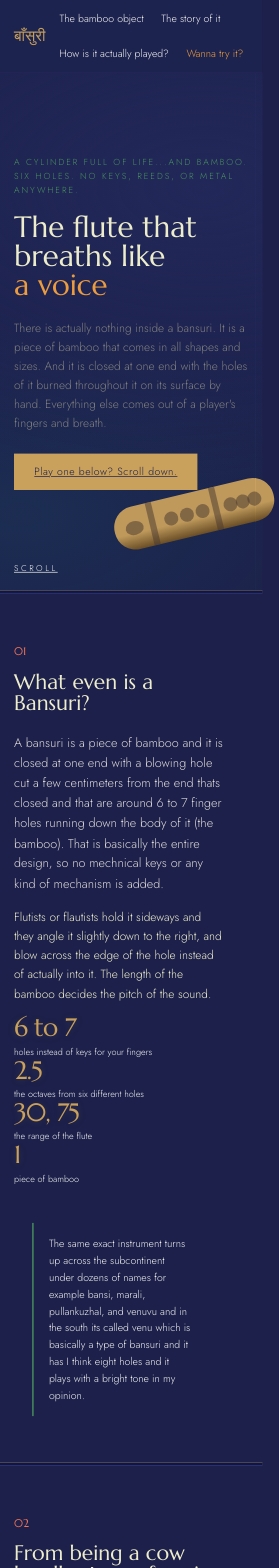
Repository: manayparikh1/Bansi
Page: index.html
An editor plug-in stored every save of this project. The page is shown before and after the next save, followed by the edit.
The browser window is 375 px wide. The page is 398 px wide, then 375 px, so the pictures cover 398 px, including what lies to the right of the window. The pictures show the part of the page from y = 0 to 2240 px (the page is 5911 px tall before and 5501 px after), at 70% of full size.

Above is the page before, as saved 2026-09-22 14:31:45.

### index.html
<!DOCTYPE html>
<html lang="en">

<head>
    <meta charset="utf-8">
    <meta name="viewport" content="width=device-width, initial-scale=2.0">
    <title>Bansuri ——— the flute with NO keys</title>
    <link rel="preconnect" href="https://fonts.googleapis.com">
    <link rel="preconnect" href="https://fonts.gstatic.com" crossorigin>
    <link href="https://fonts.googleapis.com/css2?family=Marcellus&family=Jost:wght@300;400;500&display=swap"
        rel="stylesheet">
    <link rel="stylesheet" href="style.css">
</head>

<body>
    <div class="stars"></div>
    <nav class="bar">
        <span class="mark">बाँसुरी</span>
        <div class="links">
            <a href="#what">The bamboo object</a>
            <a href="#story">The story of it</a>
            <a href="#play">How is it actually played?</a>
            <a href="#studio" class="hot">Wanna try it?</a>
        </div>
    </nav>
    <!-- ===Hero=== -->
    <header class="hero" id="top">
        <div class="hero-inner">
            <p class="eyebrow">A cylinder full of life...and bamboo. Six holes. No keys, reeds, or metal anywhere.</p>
            <h1>The flute that<br>breaths like<br><em>a voice</em></h1>
            <p class="stand">
                There is actually nothing inside a bansuri. It is a piece of bamboo that comes in all shapes and sizes.
                And it is closed at one end with the holes of it burned throughout it on its surface by hand. Everything
                else comes out of a player's fingers and breath.
            </p>
            <a class="cta" href="#studio">Play one below? Scroll down.</a>
        </div>

        <div class="hero-flute">
            <div class="tube big">
                <span class="node n1"></span>
                <span class="node n2"></span>
                <span class="blow"></span>
                <span class="hole h0"></span>
                <span class="hole h1"></span>
                <span class="hole h2"></span>
                <span class="hole h3"></span>
                <span class="hole h4"></span>
                <span class="hole h5"></span>
            </div>
        </div>
        <a class="scroll-hint" href="#what">scroll</a>
    </header>

    <!-- ==1. the object-->
    <section class="band" id="what">
        <div class="wrap two-col">
            <div class="col-head">
                <p class="num">01</p>
                <h2>What even is a Bansuri?</h2>
            </div>
            <div class="col-body">
                <p class="lead">
                    A bansuri is a piece of bamboo and it is closed at one end with a blowing hole cut a few centimeters
                    from the end thats closed and that are around 6 to 7 finger holes running down the body of it (the
                    bamboo). That is basically the entire design, so no mechnical keys or any kind of mechanism is
                    added.
                </p>
                <p>
                    Flutists or flautists hold it sideways and they angle it slightly down to the right, and blow across
                    the edge of the hole instead of actually into it. The length of the bamboo decides the pitch of the
                    sound.
                </p>
                <div class="fact">
                    <b>6 to 7</b>
                    <span>holes instead of keys for your fingers</span>
                </div>
                <div class="fact"><b>2.5</b><span>the octaves from six different holes</span></div>
                <div class="fact"><b>30, 75</b><span>the range of the flute</span></div>
                <div class="fact"><b>1</b><span>piece of bamboo</span></div>
            </div>

            <p class="aside-note">
                The same exact instrument turns up across the subcontinent under dozens of names for example bansi,
                marali,
                pullankuzhal, and venuvu and in the south its called venu which is basically a type of bansuri and it
                has I
                think eight holes and it plays with a bright tone in my opinion.
            </p>
        </div>
        </div>
    </section>
    <!-- == 2.story -->
    <section class="band tint" id="story">
        <div class="wrap two-col">
            <div class="col-head">
                <p class="num">02</p>
                <h2>From being a cow herdler to performing in a concert hall.</h2>
            </div>
            <div class="col-body">
                <p class="hello">
                    The bamboo flute (bansuri) is so old that nobody can actuall date it. And it is carved into various
                    religious temple walls like Buddhist, Hindu, and Jain. It is super important for Krishna, who is a
                    Hindu god that is depicted for playing the most beautiful flute scales EVER.
                </p>
                <p>
                    Honestly for most of the history it pretty much stayed as a folk instrument. It was small and played
                    in villages and it did not appear on atleast one Hindustani conert stage at all and that all changed
                    one <strong>lifetime</strong>.
                </p>

                <div class="people">
                    <div class="person">
                        <p class="years">1911-1960</p>
                        <h3>Pannalal Ghosh</h3>
                        <p>
                            He was born in Barisal and he rebuilt the instrument to make it fit for classical music. And
                            it was much more longer than any other flute that time, around 32 inches I believe. It
                            dropped the pitch and gave it the sustain effect a raga needs. He popularized the seventh
                            hole and studied under someone named Allauddin Khan. Before him the bansuri was not even a
                            concert instrument, it was used only for village songs. But he made such a big change that
                            after him it was.
                        </p>
                    </div>
                    <div class="person">
                        <p class="years">Born on 1938</p>
                        <h3>Hariprasad Chaurasia</h3>
                        <p>
                            He is still alive today and one of my favourite flute players in the world. He carried it
                            out of India. Fifty years of recordings across most of the major ragas. He taught gurukul in
                            Vrindavan, and collabed with Western musicians and he gave the bansuri a profile thats
                            comparable with the sitar.
                        </p>
                    </div>
                </div>
                <p class="tabla">
                    In a performance the bansuri is usually joined by another Indian instrument called the Tabla, which
                    many of you have heard. It is used for rhythm and a tanpura droning underneath, holding the tonic of
                    the bansuri so the never loses its pitch. You can switch that drone on in the studio below.
                    <strong>Try it</strong>.
                </p>
            </div>
        </div>
    </section>
    <!--==3. how is it ac played-->
    <section class="band" id="play" <div class="wrap two-col">

        <div class="col-head" <p class="num">003</p>
            <h2>Why having no keys is basically the whole point!</h2>
            <div>
                <div class="col-body">
                    <p class="lead">
                        A western flute gives you a key per every note. Press it and you get the note and the pitch
                        between two keys does not exist (some of you may not understand what I am saying here but thats
                        fine). The bansuri has nothing buton open holes and the pads of your fingers, which sounds super
                        good for bansuri because you can add sounds that are not even possible on the western flute by
                        sliding and gliding your fingers. (I'll show you a audio recording of me playing in the very
                        bottom).
                    </p>
                    <p>
                        Because a finger can cover a hole halfway, or a third of the way, or roll slowly off it, the
                        player has every pitch between the notes. That is how the flats and sharps of different ragas
                        are found on an instrument with holes that are fixed and it is how a bansuri slides from one
                        note into the next into a single breath.
                    </p>
                    <p>
                        The seven swaras are <b>Sa Re Ga Ma Pa Dha Ni</b>, and Sa is not a fixed frequency surprisingly.
                        It is wherever the flute of the player sits.
                    </p>
                    <div class="rowforswaras">
                        <span>सा<i>Sa</i></span><span>रे<i>Re</i></span><span>ग<i>Ga</i></span>
                        <span>म<i>Ma</i></span><span>प<i>Pa</i></span><span>ध<i>Dha</i></span>
                        <span>नि<i>Ni</i></span>
                    </div>
                </div>
            </div>
    </section>
    <!-- ===4.Studio=== -->
    <section class="thestudio" id="thestudio">
        <div class="wrap">
            <header class="studio-head">
                <p class="gold">The studio</p>
                <h2>Play it <strong>without</strong> blowing</h2>
                <p class="studiosub">
                    Press the swara pads or use the row of your keyboard
                    <kbd>A</kbd><kbd>S</kbd><kbd>D</kbd><kbd>F</kbd><kbd>G</kbd><kbd>H</kbd><kbd>J</kbd><kbd>K</kbd>.
                    Hold a note to keep it sustained and the flute above will show you which holes a real player would
                    be covering (as an example).
                </p>
            </header>
            <!-- the main primary instrument with the actually tube creation-->
            <div class="instrument" id="theflute">
                <div class="tube">
                    <span class="node n1"></span>
                    <span class="node n2"></span>
                    <span class="node n3"></span>
                    <span class="blow"></span>
                    <span class="hole h0" id="h0"></span>
                    <span class="hole h1" id="h1"></span>
                    <span class="hole h2" id="h2"></span>
                    <span class="hole h3" id="h3"></span>
                    <span class="hole h4" id="h4"></span>
                    <span class="hole h5" id="h5"></span>
                    <!-- only these much holes are enough because its good for beginners. -->
                </div>
                <p class="breath" id="breath">resting</p>
            </div>
            <!-- Controls -->
            <div class="thedesk">
                <div class="set">
                    <p class="set-label">Raga Colour</p>
                    <div class="thechips" id="thaats">
                        <button type="button" class="chip on" data-thaat="bilwal">Bilwal<i>all natural</i></button>
                        <button type="button" class="chip" data-thaat="yaman">Yaman<i>Ma is sharp</i></button>
                        <button type="button" class="chip" data-thaat="bhairav">Bhairav<i>Re and Dha is flat</i>
                        </button>
                        <button type="button" class="chip" data-thaat="kafi">Kafi<i>Ga and Ni is flat</i></button>
                    </div>
                </div>
                <div class="set">
                    <!-- testing straight from my flute -->
                </div>
                <p class="set-label">Length of the bamboo</p>
                <div class="thechips" id="sizes">
                    <button type="button" class="chip" data-base="220.00">Long<i>deep</i></button>
                    <button type="button" class="chip on" data-base="293.66">Medium<i>middle</i></button>
                    <button type="button" class="chip" data-base="392.00">Short<i>bright</i></button>
                </div>
            </div>
            <div class="set">
                <p class="set-label">Tanpura</p>
                <div class="thechips">
                    <button type="button" class="chip" id="drone">Drone Off</button>
                </div>
            </div>
        </div>
        <!-- Swara pads for the fingerings virtual padss-->
        <div class="thepads" id="thepads"></div>
        <p class="thefootnote">
            It has real fingering and it is super simplified: the lower four swaras are created by uncovering the holes
            one at a time at any speed you want, and the upper four repeat those shapes while the player blows harder
            with more embochure to jump an octave (I will show you that later). The flats and sharps that seperate one
            raga from another are actually found by covering half the hole, which a mouse, cursor or whatever you are
            using to test will not be able to imitate. So you need a real one for that.
        </p>
        </div>
    </section>
    <div class="wrap">
        <!-- this is written in devanagri and it is written the same in hindi and nepali बाँसुरी : flute-->
        <footer class="foot">
            <p class="foot-big">बाँसुरी</p>
            <p>A page about a hollow stick that can play as if it sings.</p>
            <p class="small">
                The sound is generated live with the Web Audio Api. If you want to see a page of me with audios of
                playing flute scroll down to the bottom.
            </p>
    </div>
    </footer>
    <!-- above is gonna be the footer -->
    <script src="app.js"></script>
</body>

</html>

### style.css
:root {
    --night: #1c204a;
    --violet: #30397d;
    --deep: #101644;
    --cream: #ededcc;
    --bamboo: #C9A15c;
    --bamboo2: #C9A15c;
    --marigold: #ec9c40;
    --rose: #f17458;
    --peacock: #49925e;
    --muted: #f2f2f2;
    --wrap: 1360px;
    --pad: clamp(20px, 4vw, 64px);
}

* {
    box-sizing: border-box;
}

html {
    scroll-behavior: smooth;
}

body {
    margin: 0;
    color: var(--cream);
    background: var(--night);
    font-family: 'Jost', Helvetica, Arial, sans-serif;
    font-size: 17px;
    font-weight: 300;
    line-height: 1.6;
    overflow-x: hidden;
}

h1,
h2,
h3 {

    font-family: 'Marcellus', Georgia, serif;
    font-weight: 410;
    margin: 0;
    line-height: 1.0;
}

p {
    margin: 0 0 1.1em;
}

p:last-child {
    margin-bottom: 0;
}

b {
    font-weight: 500;
    color: var(--bamboo);
}

em {
    font-style: normal;
    color: var(--marigold);
}

.wrap {
    width: 100%;
    max-width: var(--wrap);
    margin: 0 auto;
    padding: 0 var(--pad);
}

/*-- the field where stars are gonna be added --*/
.stars {
    position: fixed;
    inset: 0;
    z-index: 0;
    pointer-events: none;

    background-image: radial-gradient(1.4px 1.4px at 13% 18%, rgba(243, 234, 217, 0.55) 50%, transparent 51%),
        radial-gradient(1.2px 1.2px at 34% 63%, rgba(243, 234, 217, 0.4) 50%, transparent 51%),
        radial-gradient(1.6px 1.6px at 58% 24%, rgba(243, 234, 217, 0.5) 50%, transparent 51%),
        radial-gradient(1.2px 1.2px at 77% 69%, rgba(243, 234, 217, 0.36) 50%, transparent 51%),
        radial-gradient(1.5px 1.5px at 90% 35%, rgba(243, 234, 217, 0.45) 50%, transparent 51%),
        radial-gradient(1.2px 1.2px at 25% 85%, rgba(243, 234, 217, 0.35) 50%, transparent 51%),
        radial-gradient(1.3px 1.3px at 66% 88%, rgba(243, 234, 217, 0.39) 50%, transparent 51%),
}

body>*:not(.stars) {
    position: relative;
    z-index: 1;
}

/*-- Nav --*/
.bar {
    position: sticky;
    top: 0;
    z-index: 30;
    display: flex;
    justify-content: space-between;
    align-items: center;
    gap: 20px;
    backdrop-filter: blur(8px);
    border-bottom: 1px solid #2a2a5f;
    padding: 15px var(--pad);
    background: rgba(30, 36, 81, 0.87);
}

.mark {
    font-size: 22px;
    font-family: 'Marcellus', serif;
    color: var(--bamboo);
}

.links {
    display: flex;
    gap: 25px;
    flex-wrap: wrap;
}

.links a {
    font-size: 15px;
    color: var(--muted);
    text-decoration: none;
}

.links a:hover {
    color: var(--cream);
}

/* No matter what, marigold should be used for the hot class,
so !important is added to override any other styles that may be applied to it. */
.hot {
    color: var(--marigold) !important;
}

/*hero*/
/* I change the view height a bit to make it more visually appealing */
.hero {
    position: relative;
    min-height: calc(100vh - 57px);
    min-height: calc(100svh - 57px);
    display: flex;
    flex-direction: column;
    justify-content: center;
    padding: 40px var(--pad) 70px;
    background:
        radial-gradient(1100px 620px at 78% 22%, rgba(35, 42, 92, 0.85) 0%, transparent 70%),
        radial-gradient(760px 423px at 8% 85%, rgba(31, 165, 160, 0.1), transparent 70%);
}

.hero-inner {
    max-width: 680px;
}

.eyebrow {
    font-size: 12.5px;
    letter-spacing: 0.22em;
    text-transform: uppercase;
    color: var(--peacock);
    margin-bottom: 22px;
}

.eyebrow.g {
    color: var(--marigold);
}

h1 {
    font-size: clamp(42px, 6.6vw, 96px);
    margin-bottom: 26px;
}

.stand {
    max-width: 56ch;
    font-size: clamp(17px, 2.1vw, 22px);
    color: #7f7f7f;
    margin-bottom: 29px;
}

.cta {
    display: inline-block;
    letter-spacing: 0.05em;
    background: var(--bamboo);
    padding: 14px 29px;
    font-size: 15px;
    color: var(--night);
}

.cta:hover {
    background: var(--marigold);
}

.hero-flute {
    position: absolute;
    right: -5%;
    bottom: 11%;
    width: 62%;
    max-width: 890px;
    transform: rotate(-13.5deg);
    opacity: 0.945;
    pointer-events: none;
    animation: float 9s ease-in-out infinite;
}

/*helps with the animation of the design*/
.scroll-hint {
    position: absolute;
    left: var(--pad);
    bottom: 25px;
    letter-spacing: 0.3em;
    text-transform: uppercase;
    color: var(--muted);
    font-size: 12px;
}

/*bambooo*/
.instrument {
    max-width: 640px;
    margin: 0 auto 34px;
}

.tube {
    position: relative;
    border-radius: 26px;
    height: 54px;
    background: linear-gradient(180deg, var(--bamboo) 0%, var(--bamboo2) 62%, #6F5124 100%);
}

/*be careful of spacing because there was syntax-errors*/
.tube.big {
    height: 62px;
    border-radius: 30px;
}

.node {
    position: absolute;
    top: 0;
    bottom: 0;
    width: 9px;
    background: rgba(73, 55, 46, 0.5)
}

/* THE FLUTE PIC TyPE OF THING WILL BE ON THE TOP OF THE PAGE (not the testing one) */
.n1 {
    left: 22%
}

.n2 {
    left: 62%;
}

.n3 {
    left: 90%;
}

.blow {
    position: absolute;
    left: 7%;
    top: 50%;
    width: 26px;
    height: 20px;
    margin-top: -10px;
    border-radius: 50%;
    background: rgba(73, 55, 46, 0.5);
}

.hole {
    position: absolute;
    top: 50%;
    width: 20px;
    height: 20px;
    margin-top: -11px;
    border-radius: 50%;
    background: rgba(73, 55, 46, 0.5);
    transition: background 0.09s, box-shadow 0.09s;
}

.h0 {
    left: 31.5%;
}

.h1 {
    left: 41.5%;
}

.h2 {
    left: 51%;
}

.h3 {
    left: 69%;
}

.h4 {
    left: 76.5%;
}

.h5 {
    left: 84%;
}

/*--the bands*/
/*it is the titles of the whole thing (very important for looks+organization*/
.band {
    padding: clamp(70px, 9vw, 130px) 0;
    /*changing it into a dual line which willl look SUPER awesome*/
    border-top: 1px solid var(--violet);
    box-shadow: 0 -3px 0 0 var(--deep), 0 -4px 0 0 rgba(201, 161, 92, 0.4);
}

.band.tint {
    background: linear-gradient(170deg, var(--), var(--night));
}

.two-col {
    display: grid;
    grid-template-columns: minmax(200px, 300px);
    gap: clamp(28px, 5vw, 80px);
    align-items: start;
}

.num {
    font-family: 'Marcellus', serif;
    color: var(--rose);
    margin-bottom: 15px;
    font-size: 16px;
}

h2 {
    font-size: clamp(30px, 3.6vw, 52px);
}

.col-body {
    max-width: 66ch;
}

.lead {
    font-size: clamp(18px, 1.6vw, 21px);
    color: #dcd8d8;
}

.aside-note {
    margin: 26px;
    padding: 18px 22px;
    border-left: 2px solid var(--peacock);
    color: var(--muted);
    font-size: 15px;
}

/*the facts strip with the famous figures*/
.facts {
    display: grid;
    grid-template-columns: repeat(auto-fit, minmax(min(130px, 100%), 1fr));
    gap: 18px;
    /*looks better for reading:*/
    margin-top: 34px;
    margin-bottom: 4px;
    padding-top: 26px;
    border-top: 1px solid var(--violet);
}

.fact b {
    display: block;
    font-family: 'Marcellus', Georgia, serif;
    font-size: clamp(36px, 5vw, 54px);
    color: var(--bamboo);
    line-height: 0.95;
    letter-spacing: -00.03em;
    margin-bottom: 8px;
    text-shadow: 0 2px 12px rgba(201, 161, 91, 0.15);
}

.fact span {
    display: block;
    font-size: 13px;
    color: var(--muted);
    margin-top: 8px;
    line-height: 1.4;
}

/*people*/
.figures {
    display: grid;
    grid-template-columns: repeat(auto-fit, minmax(250px, 1fr));
    gap: 20px;
    margin-top: 32px;
}

.person {
    border: 1px solid #313768;
    padding: 22px 24px;
}

.years {
    font-size: 12px;
    letter-spacing: 0.16em;
    color: var(--rose);
    margin-bottom: 6px;
}

.person h3 {
    font-size: 22px;
    margin-bottom: 10px;
    color: var(--bamboo);
}

.person p {
    font-size: 15px;
    color: var(--muted);
}

/*--swara row--*/
.swara-row {
    display: flex;
    gap: 10px;
    flex-wrap: wrap;
    margin-top: 32px;
}

.swara-row span {
    flex: 1;
    min-width: 78px;
    text-align: center;
    border: 1px solid #2f2f6b;
    padding: 14px 6px;
    font-family: 'Marcellus', serif;
    font-size: 26px;
    color: var(--bamboo);
}

.swara-row i {
    display: block;
    font-family: 'Jost', sans-serif;
    font-style: normal;
    font-size: 12px;
    letter-spacing: 0.12em;
    color: var(--muted);
    margin-top: 4px;
}

/*studio*/

.thestudio {
    min-height: 100vh;
    min-height: 100svh;
    align-items: center;
    padding: clamp(60px, 7vw, 100px) 0;
    background:
        radial-gradient(1100px 548px at 42% -10%, rgba(31, 165, 160, 0.14) 0%, transparent 75%),
        radial-gradient(760px 423px at 80% 10%, rgba(48, 57, 125, 0.4) 0%, transparent 70%),
        linear-gradient(170deg, var(--night), var(--deep));
    border-top: 1px solid var(--violet);
}

.thestudio-head {
    max-width: 62ch;
    margin-bottom: 34px;
}

.thestudio-head h2 {
    margin-bottom: 14px;
}

.thestudio-sub {
    color: var(--muted);
    font-size: 15.5px;
}

kbd {
    display: inline-block;
    font-family: inherit;
    font-size: 12.3px;
    border: 1px solid #3e3e83;
    border-radius: 3px;
    padding: 1px 6px;
    margin: 0 2px;
    color: var(--cream);
}

/* playable flute*/

.instrument {
    margin-bottom: 26px;
}

.play-tube {
    max-width: 100%;
}

.instrument.sounding .play-tube {
    background: linear-gradient(180deg, var(--marigold) 0%, var(--bamboo2) 62%, #6F5124 100%);
}

.hole.closed {
    background: var(--marigold);
    box-shadow: 0 0 0 4px rgba(232, 240, 67, 0.3);
}

.breath {
    margin: 12px 0 0;
    font-size: 13px;
    letter-spacing: 0.18em;
    text-transform: uppercase;

    .instrument.sounding .breath {
        color: var(orange);
    }
}

/* controls*/
.desk {
    display: flex;
    flex-wrap: wrap;
    gap: clamp(20px, 3vw, 46px);
    padding: 22px 0 26px;
    border-top: 1px solid #363673;
    border-bottom: 1px solid #202347;
    margin-bottom: 26px;
}

.set-label {
    font-size: 11px;
    letter-spacing: 0.2em;
    text-transform: uppercase;
    color: var(--muted);
    margin-bottom: 10px;
}

.thechips {
    display: flex;
    flex-wrap: wrap;
    gap: 8px;
}

.chip {
    font-size: 13.5px;
    font-family: 'Jost', sans-serif;
    color: var(--muted);
    background: none;
    border: 1px solid #3e3e83;
    padding: 9px 16px;
    cursor: pointer;
    text-align: left;
    line-height: 1.3;
}

.chip i {
    display: block;
    font-style: Normal;
    color: var(--muted);
    margin-top: 2px;
}

.chip:hover {
    border-color: var(--bamboo);
}

.chip.on {
    background: var(--bamboo);
    background-color: var(--bamboo);
    color: var(--night);
}

.chip.on i {
    color: #69440e
}

/*the pads for the swaras*/

.thepads {
    display: grid;
    gap: 9.7px;
    grid-template-columns: repeat(8, minmax(0, 1fr));
}

.thepads {
    position: relative;
    font-family: 'Marcellus', serif;
    color: var(--cream);
    background: #1a2173;
    border: 1px solid #4646a7;
    cursor: pointer;
    text-align: center;
    transition: transform 0.006s, background 0.06s;
    touch-action: none;
    user-select: none;
    margin-bottom: 26px;
}

.thepads b {
    display: block;
    font-size: 22px;
    margin-bottom: 4px;
}

.thepads kbd {
    margin-top: 10px;
    display: inline-block;
}

.thepads span {
    display: block;
    font-family: 'arial', sans-serif;
    font-size: 12px;
    letter-spacing: 0.1em;
    color: var(--muted);
    margin-top: 6px;
}

.thepads.over::after {
    content: "";
    position: absolute;
    top: 8px;
    left: 8px;
    right: 8px;
    bottom: 8px;
    border: 1px solid var(--peacock);
    border-radius: 50%;
}

.thePads:hover {
    border-color: var(--bamboo);
}

.thepAds.lit {
    background: var(--marigold);
    color: var(--night);
    transform: translateY(1.7px);
}

.thepads.lit span,
.thepads.lit kbd {
    color: var(--night);
    border-color: var(--night);
}

.footnote {
    margin-top: 26px;
    max-width: 78ch;
    font-size: 13px;
    color: var(--muted);
}

/*--footer--*/

.foot {
    padding: 60px 0 70px;
    border-top: 1px solid var(--violet);
}

.foot-big {
    font-family: 'Marcellus', serif;
    font-size: 34px;
    color: var(--bamboo);
    margin-bottom: 8px;
}

.foot p {
    margin: 0 0 5.6px;
    font-size: 13px;
}

.foot .small {
    color: var(--muted);
    font-size: 13px;
}

/*smaller screens*/

Loaded but not shown: app.js (no stored copy; drawn as an empty file)

After the next save:
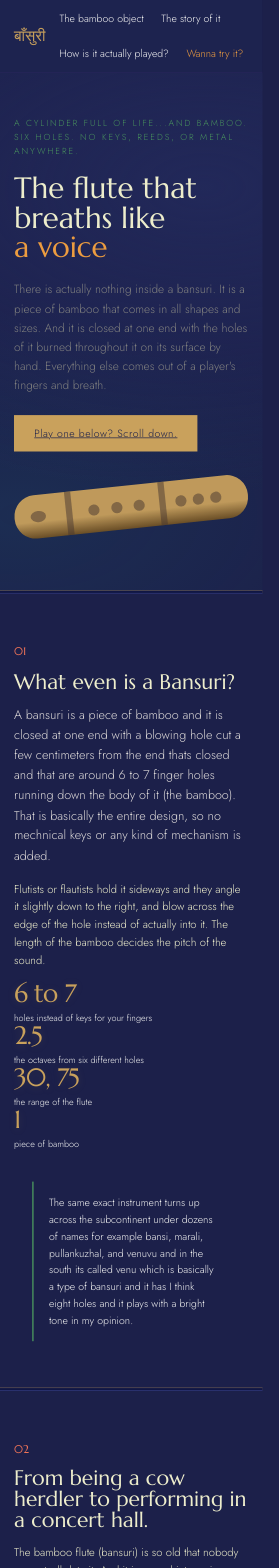
Saved 33 min 50 s later.
--- a/style.css
+++ b/style.css
@@ -591,8 +591,8 @@ kbd {
 }
 
 .thepads kbd {
+    display: block;
     margin-top: 10px;
-    display: inline-block;
 }
 
 .thepads span {
@@ -663,3 +663,62 @@ kbd {
 }
 
 /*smaller screens*/
+@media(max-width: 900px) {
+    .hero-flute {
+        position: static;
+        width: 100%;
+        margin-top: 48px;
+        transform: rotate(-6deg);
+        animation: none;
+    }
+
+    .scroll-hint {
+        display: none;
+    }
+
+    .two-col {
+        gap: 18px;
+        grid-template-columns: 1fr;
+    }
+
+    .thepads {
+        grid-template-columns: repeat(4, minimax(0, 1fr));
+    }
+
+    .thestudio {
+        min-height: 0;
+    }
+}
+
+@media (max-width: 478px) {
+    body {
+        font-size: 16px;
+    }
+
+    .tube {
+        height: 44px;
+        border-radius: 22px;
+    }
+
+    .hole {
+        width: 16px;
+        height: 16px;
+        margin-top: -9px;
+    }
+
+    .blow {
+        width: 22px;
+        height: 16px;
+        margin-top: -8px;
+    }
+}
+
+@media (prefers-reduced-motion: reduce) {
+    html {
+        scroll-behavior: auto;
+    }
+
+    .hero-flute {
+        animation: none;
+    }
+}
